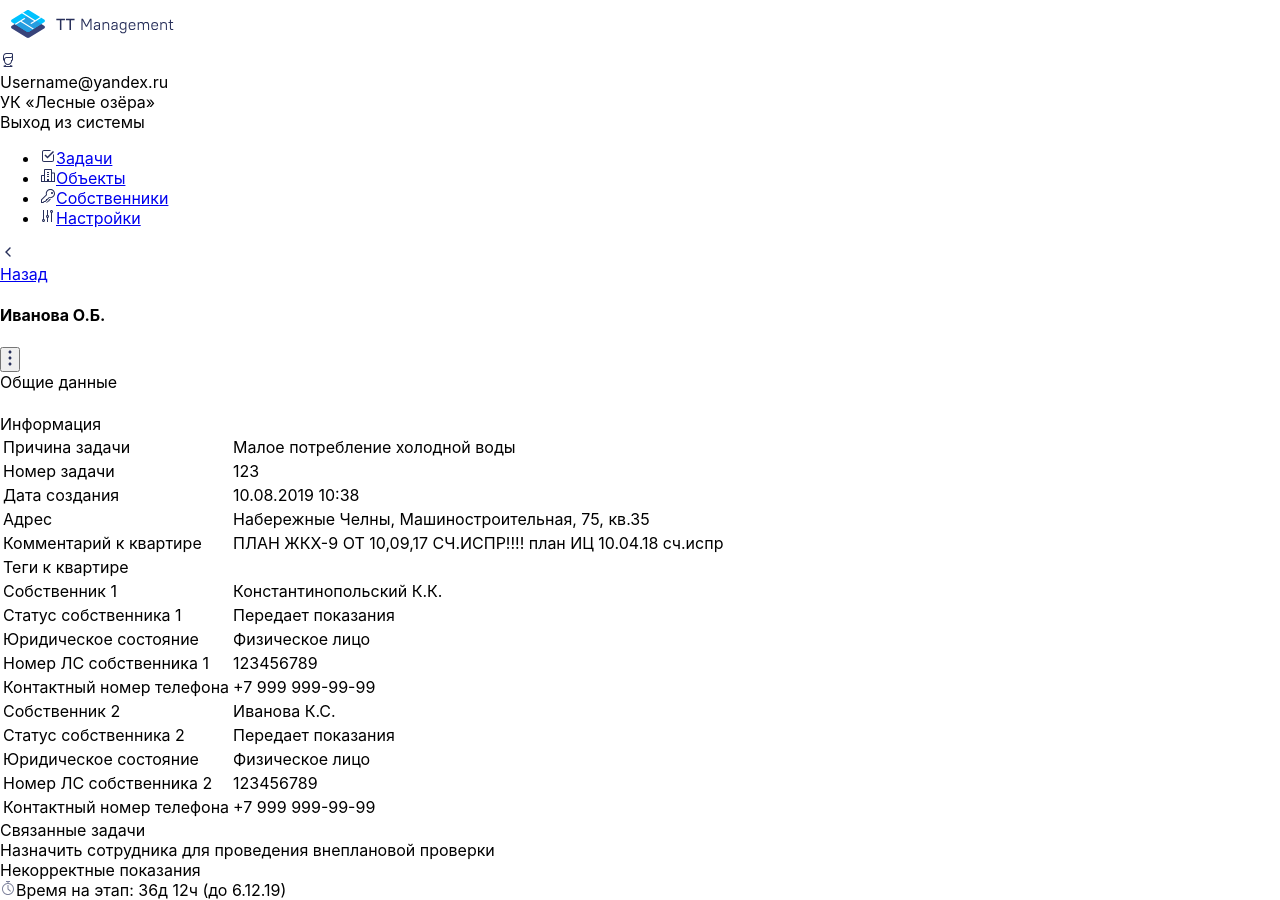
Repository: TryBr/tt-management
Page: /owners/1
An editor plug-in stored every save of this project. The page is shown before and after a run of saves, followed by the edit.
The browser window is 1280 px wide. The pictures show the whole page.
The project was rebuilt for these pictures with package versions that can differ from the ones it lists, and the page was loaded fresh each time. Also part of the build but not shown: src/App.css, src/TaskDetail.js, src/Owners.js, src/OwnerEdit.js.

Above is the page before, as saved 2020-07-20 22:36:02.

After the next 3 saves:
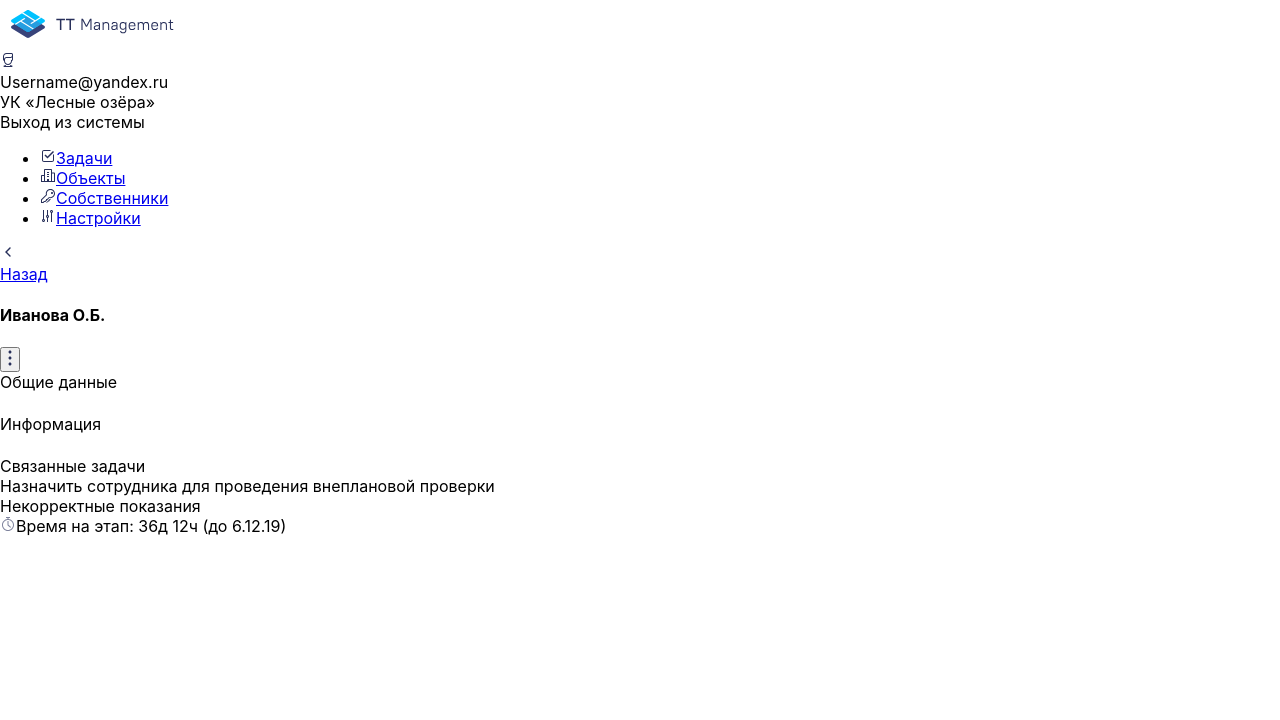
The 3 saves are shown as one change because 2 did not build or start.
The last was saved 6 min 6 s later.
--- a/src/OwnerDetail.js
+++ b/src/OwnerDetail.js
@@ -13,74 +13,9 @@ import { Progress, PageHeader, Select, Row, Col ,
 const { TabPane } = Tabs;
 const { Column } = Table;
 
-const dataSource = [
-    {
-    name: 'Причина задачи',
-    info: 'Малое потребление холодной воды'
-    },
-    {
-    name: 'Номер задачи',
-    info: 123
-    },
-    {
-    name: 'Дата создания',
-    info: '10.08.2019   10:38'
-    },
-    {
-    name: 'Адрес',
-    info: 'Набережные Челны, Машиностроительная, 75, кв.35'
-    },
-    {
-    name: 'Комментарий к квартире',
-    info: 'ПЛАН ЖКХ-9 ОТ 10,09,17 СЧ.ИСПР!!!! план ИЦ 10.04.18 сч.испр'
-    },
-    {
-    name: 'Теги к квартире',
-    tags: ['Дедка', 'Слушает громко музыку', '10 недопусков'],
-    },
-    {
-    name: 'Собственник 1',
-    info: 'Константинопольский К.К.'
-    },
-    {
-    name: 'Статус собственника 1',
-    info: 'Передает показания'
-    },
-    {
-    name: 'Юридическое состояние',
-    info: 'Физическое лицо'
-    },
-    {
-    name: 'Номер ЛС собственника 1',
-    info: '123456789'
-    },
-    {
-    name: 'Контактный номер телефона',
-    info: '+7 999 999-99-99'
-    },
-    {
-    name: 'Собственник 2',
-    info: 'Иванова К.С.'
-    },
-    {
-    name: 'Статус собственника 2',
-    info: 'Передает показания'
-    },
-    {
-    name: 'Юридическое состояние',
-    info: 'Физическое лицо'
-    },
-    {
-    name: 'Номер ЛС собственника 2',
-    info: '123456789'
-    },
-    {
-    name: 'Контактный номер телефона',
-    info: '+7 999 999-99-99'
-    },
+// name: 'Причина задачи',
+// info: 'Малое потребление холодной воды'
 
-
-];
 
 const BackIcon = () => (
     <svg width="16" height="16" viewBox="0 0 16 16" fill="none" xmlns="http://www.w3.org/2000/svg">
@@ -101,6 +36,10 @@ const EditIcon = () => (
 );
 
 const Owner = ({ owner }) => {
+
+    const dataSource = owner.map((item) => {
+        console.log(item);
+    });
 
     let { id } = useParams();
     let { url } = useRouteMatch();
